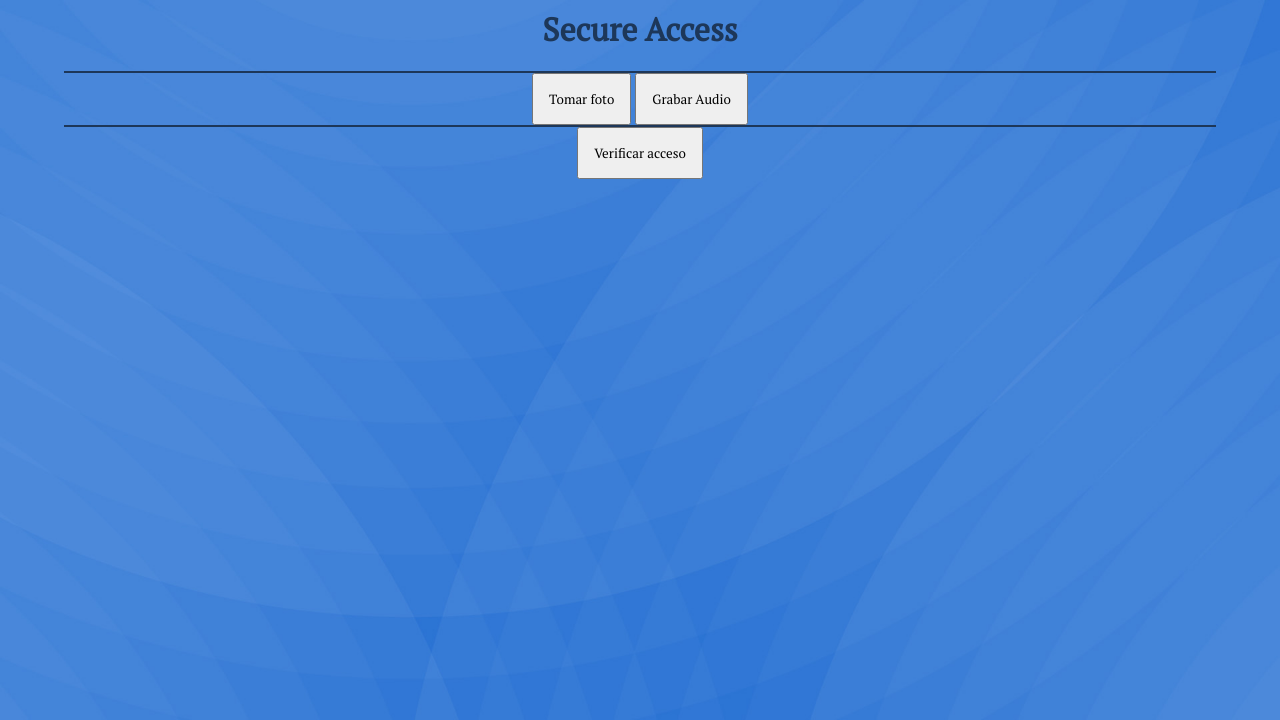
Repository: dabarreiroh/SECURE-ACCESS
Page: accessecure/templates/home/index.html
An editor plug-in stored every save of this project. The page is shown before and after the next save, followed by the edit.
The browser window is 1280 px wide. The pictures show the whole page.

Above is the page before, as saved 2020-03-16 23:30:06.

### accessecure/templates/home/index.html
<html>
    <head>
        <link rel="stylesheet" href="./../../static/admin/css/index/index.css">
        <link href="https://fonts.googleapis.com/css?family=PT+Serif&display=swap" rel="stylesheet">

    </head>
<body>

<h1>Secure Access</h1>

<div class="options">
    <input type="button" value="Tomar foto" onClick="window.location.href='photo'">
    <input type="button" value="Grabar Audio" onClick="window.location.href='audio'">
</div>


<div>
    <input type="button" value="Verificar acceso" onClick="window.location.href='verified'">
</div>

</body>
</html>

### accessecure/static/admin/css/index/index.css
*{
    text-align: center;
    font-family: 'PT Serif', serif;
}

body{
    background-image: url(../../img/background.jpg);
    background-size: cover;
}

h1{
    color: #1D3759;
    /* color: #072D5C; */
}

.options{
    border: solid #1D3759;
    border-width: 2px 0px;
    width: 90vw;
    margin: 0 auto;
}

input{
    padding: 15px;
}

After the next save:
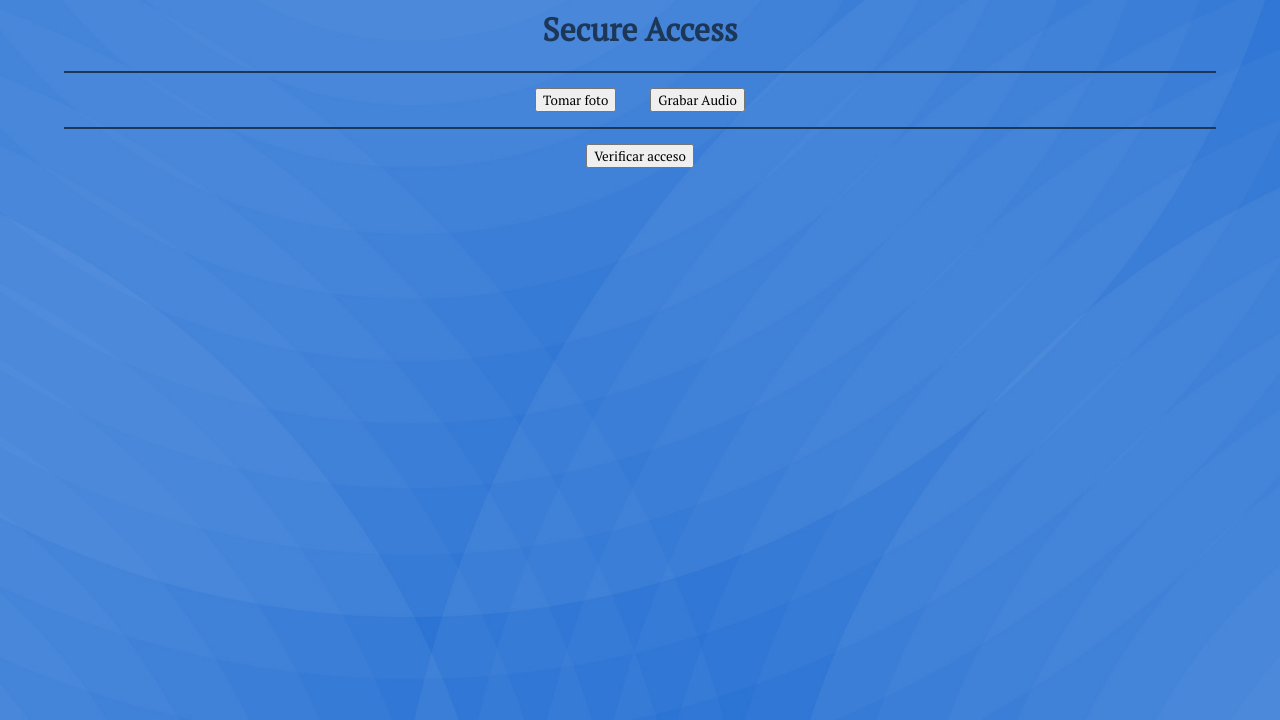
Saved 8 s later.
--- a/accessecure/static/admin/css/index/index.css
+++ b/accessecure/static/admin/css/index/index.css
@@ -21,5 +21,5 @@ h1{
 }
 
 input{
-    padding: 15px;
+    margin: 15px;
 }
